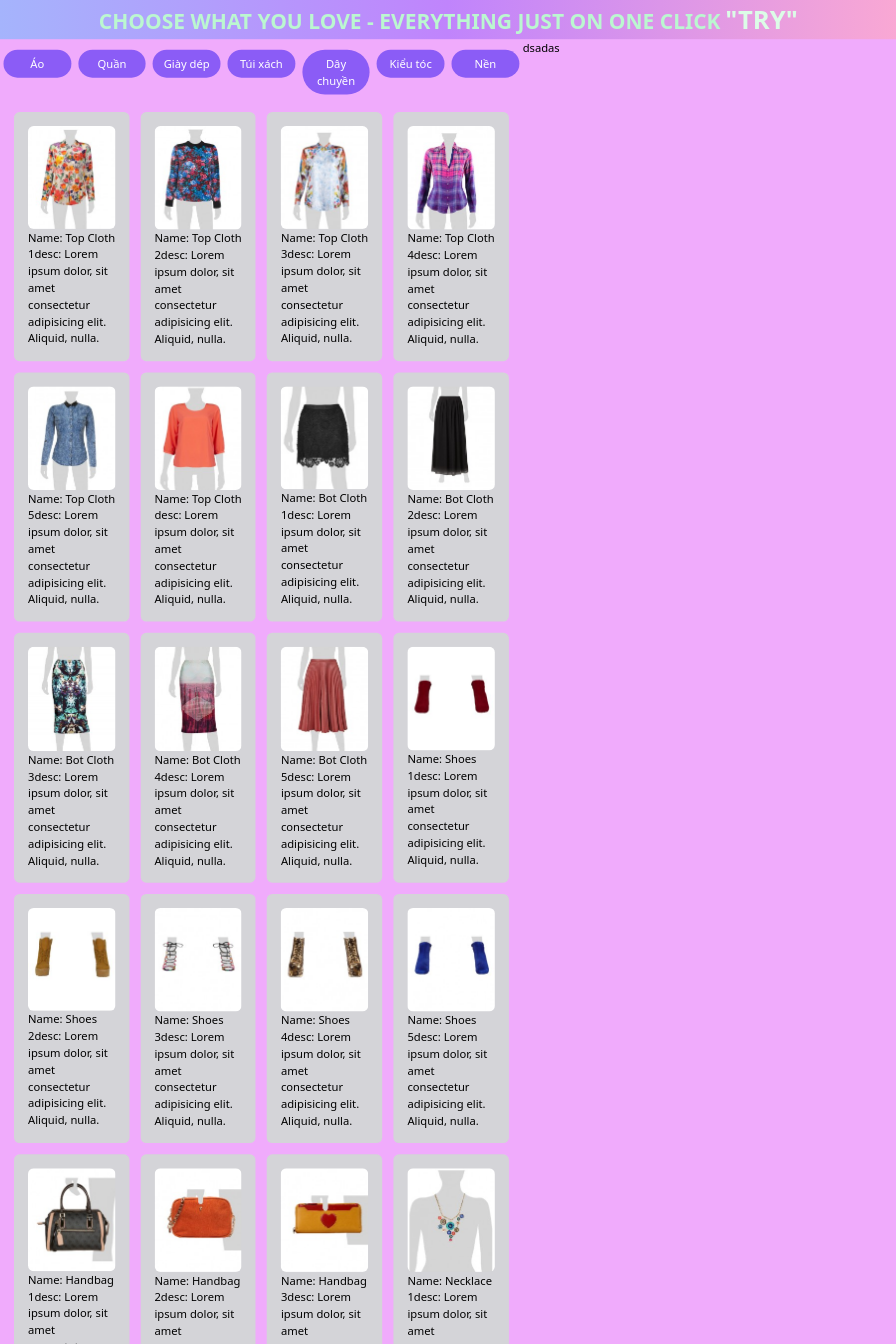
Repository: NguyenVietPhuQuy/ReactJs-TailWind-Redux-FunctionHook-ModelDesign
Page: / (app in modeldesign/)
These files come from the project's save history. The page is drawn as it stood at one moment and after a run of saves; the edit follows.
The browser window is 1280 px wide. The pictures show the part of the page from y = 0 to 1920 px (the page is 3260 px tall before and 3404 px after), at 70% of full size.
The project was rebuilt for these pictures with package versions that can differ from the ones it lists, and the page was loaded fresh each time. Also part of the build but not shown: modeldesign/src/App.css.

Above is the page before, as saved 2022-11-17 16:15:58.

After the next 2 saves:
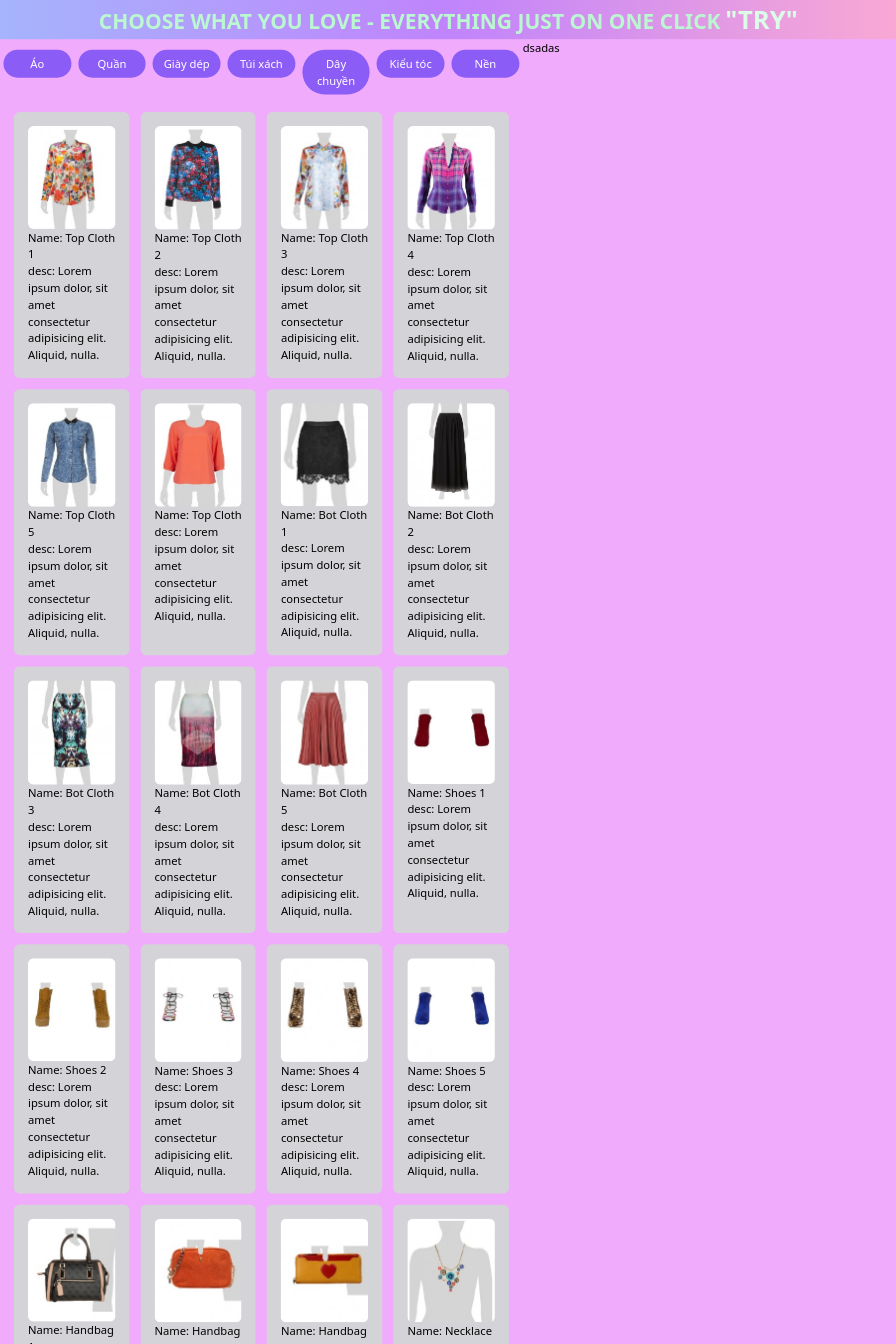
The 2 saves are shown as one change because 1 did not build or start.
The last was saved 41 s later.
--- a/modeldesign/src/Components/ProductList.js
+++ b/modeldesign/src/Components/ProductList.js
@@ -10,7 +10,7 @@ function ProductList() {
                     <div className="card bg-zinc-300 rounded-lg p-5">
                         <img alt="" src={item.imgSrc_jpg}  className="rounded-lg flex-shrink-0 w-full"></img>
                         <div>
-                        <span>Name: {item.name}</span>
+                        <span style={{display:"block"}}>Name: {item.name}</span>
                         <span>desc: {item.desc}</span>
                         </div>
                     </div>
